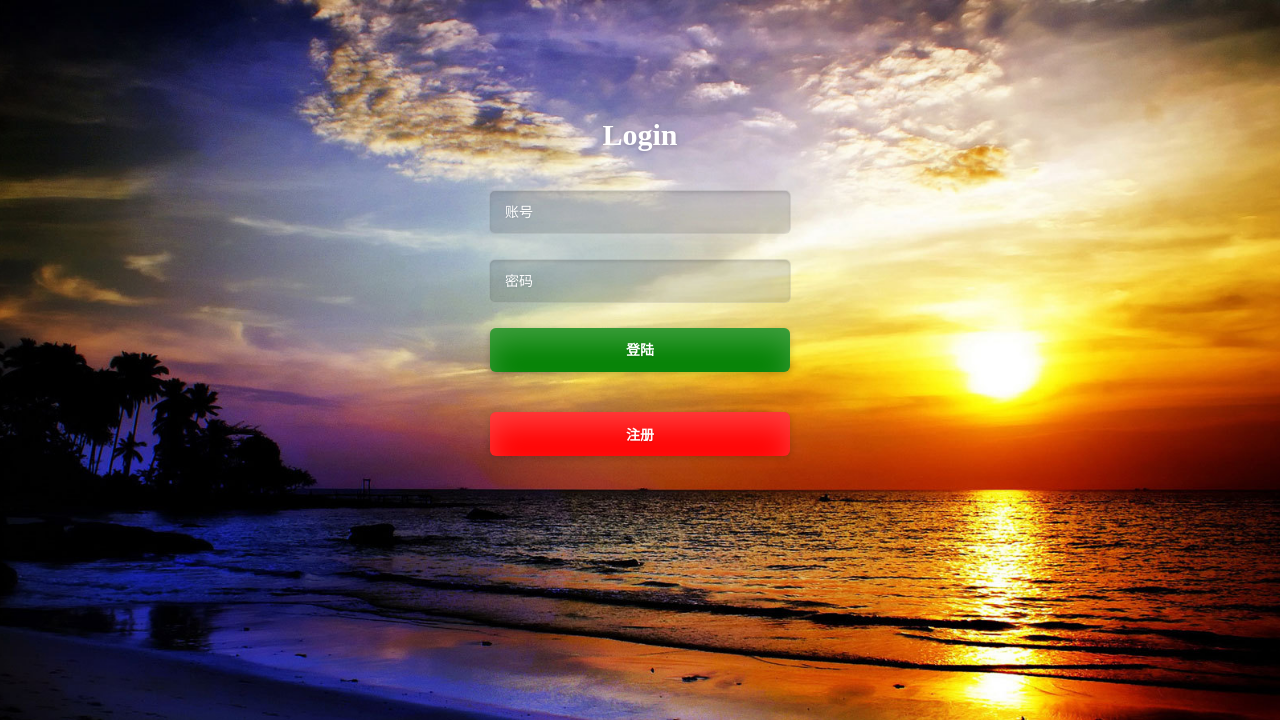
Repository: SUT-GC/myblog
Page: http://localhost/myblog/jsp/login/login.jsp
The author's editor kept a copy of each file at every save. The page is drawn from the files as they stood at one save, then again after the next save.
The browser window is 1280 px wide. The pictures show the whole page.
Some web libraries are served in a nearby version. The page is served by Tomcat 9. Other server files are loaded and not shown.

Above is the page before, as saved 2015-10-02 02:36:47.
Console error: SyntaxError: Unexpected token ';'

### javaee_workspace/myblog/WebContent/jsp/login/login.jsp
<%@ page language="java" contentType="text/html; charset=utf-8"
    pageEncoding="utf-8"  errorPage="../error.jsp"%>
<!DOCTYPE html PUBLIC "-//W3C//DTD HTML 4.01 Transitional//EN" "http://www.w3.org/TR/html4/loose.dtd">
<html>

    <head>

        <meta charset="utf-8">
        <title>用户登陆</title>
        <meta name="viewport" content="width=device-width, initial-scale=1.0">
        <meta name="description" content="">
        <meta name="author" content="">

        <!-- CSS -->
        <link rel="stylesheet" href="css/reset.css">
        <link rel="stylesheet" href="css/supersized.css">
        <link rel="stylesheet" href="css/style.css">

        <!-- HTML5 shim, for IE6-8 support of HTML5 elements -->
        <!--[if lt IE 9]>
            <script src="http://html5shim.googlecode.com/svn/trunk/html5.js"></script>
        <![endif]-->

    </head>

    <body oncontextmenu="return false">
		<!-- java start -->
		<%
			String rs = "";
			if(request.getParameter("Rm")!=null){
				rs = request.getParameter("Rm");
			}
			String ls = "";
			if(request.getParameter("Lm")!=null){
				ls = request.getParameter("Lm");
			}
		%>
		<!-- java end -->
        	<div class="page-container">
            <h1>Login</h1>
            <form action="/myblog/LoginDo" method="post">
				<div>
					<input type="text" name="username" class="username" placeholder="账号" autocomplete="off"/>
				</div>
                <div>
					<input type="password" name="password" class="password" placeholder="密码" oncontextmenu="return false" onpaste="return false" />
                </div>
                <!--
                <button id="submit" type="button">登陆</button>
                -->
                <input type = "submit" id="submit" type="button" value="登陆" />
           	</form>
	        <form >
	          	<button id="register" type="button" onclick="toRegister()">注册</button>
	        </form>
            <div class="connect">
                <p>You cannot improve your past, but you can improve your future. </p>
				<p style="margin-top:20px;">你不能改变你的过去，但你可以让你的未来变得更美好。</p>
            </div>
        </div>
		<div class="alert" style="display:none">
			<h2>消息</h2>
			<div class="alert_con">
				<p id="ts"></p>
				<p style="line-height:70px"><a class="btn">确定</a></p>
			</div>
		</div>

        <!-- Javascript -->
		<script src="http://apps.bdimg.com/libs/jquery/1.6.4/jquery.min.js" type="text/javascript"></script>
        <script src="js/supersized.3.2.7.min.js"></script>
        <script src="js/supersized-init.js"></script>
		<script>
		$(document).ready(function(){
			var rs = <%=rs%>;
			var ls = "1";
			/*if(rs != "" && rs == '1'){
				$("#ts").html('恭喜您，注册成功，请登录 ! ');
				is_show();
			}
			*/
			$("#ts").html("hello");
			is_show();
			/*var lmsg = "";
			if(ls != ""){
				if(ls == 0){
					lmsg += "对不起, 账号或密码不能为空 ! ";
				}
				if(ls == 1){
					lmsg += "恭喜您，登陆成功 ! ";
				}
				if(ls == 2){
					lmsg += "对不起, 账号不存在 ! ";
				}
				if(ls == 3){
					lmsg += "对不起, 密码错误 ! ";
				}
				if(lmsg != ""){
					$("#ts").html(lmsg);
					is_show();
				}*/
			//}
		});

		$(".btn").click(function(){
			is_hide();
		})
		var u = $("input[name=username]");
		var p = $("input[name=password]");
		$("#submit").live('click',function(){
			if(u.val() == '' || p.val() =='')
			{
				$("#ts").html("用户名或密码不能为空~");
				is_show();
				return false;
			}
			else{
				var reg = /^[0-9A-Za-z]+$/;
				if(!reg.exec(u.val()))
				{
					$("#ts").html("用户名错误");
					is_show();
					return false;
				}
			}
		});
		function toRegister(){
			 window.location.href='../registered/registered.jsp';
		}
		window.onload = function()
		{
			$(".connect p").eq(0).animate({"left":"0%"}, 600);
			$(".connect p").eq(1).animate({"left":"0%"}, 400);
		}
		function is_hide(){ $(".alert").animate({"top":"-40%"}, 300) }
		function is_show(){ $(".alert").show().animate({"top":"45%"}, 300) }
		</script>
    </body>

</html>

### javaee_workspace/myblog/WebContent/jsp/login/css/supersized.css
/*

	Supersized - Fullscreen Slideshow jQuery Plugin
	Version : 3.2.7
	Site	: www.buildinternet.com/project/supersized

	Author	: Sam Dunn
	Company : One Mighty Roar (www.onemightyroar.com)
	License : MIT License / GPL License

*/

* { margin:0; padding:0; }
body { background:#111; height:100%; }
	img { border:none; }

	#supersized-loader { position:absolute; top:50%; left:50%; z-index:0; width:60px; height:60px; margin:-30px 0 0 -30px; text-indent:-999em; background:url(../img/progress.gif) no-repeat center center;}

	#supersized {  display:block; position:fixed; left:0; top:0; overflow:hidden; z-index:-999; height:100%; width:100%; }
		#supersized img { width:auto; height:auto; position:relative; display:none; outline:none; border:none; }
			#supersized.speed img { -ms-interpolation-mode:nearest-neighbor; image-rendering: -moz-crisp-edges; }	/*Speed*/
			#supersized.quality img { -ms-interpolation-mode:bicubic; image-rendering: optimizeQuality; }			/*Quality*/

		#supersized li { display:block; list-style:none; z-index:-30; position:fixed; overflow:hidden; top:0; left:0; width:100%; height:100%; background:#111; }
		#supersized a { width:100%; height:100%; display:block; }
			#supersized li.prevslide { z-index:-20; }
			#supersized li.activeslide { z-index:-10; }
			#supersized li.image-loading { background:#111 url(../img/progress.gif) no-repeat center center; width:100%; height:100%; }
				#supersized li.image-loading img{ visibility:hidden; }
			#supersized li.prevslide img, #supersized li.activeslide img{ display:inline; }


#supersized img { max-width: none !important }

### javaee_workspace/myblog/WebContent/jsp/login/css/style.css
/*
 *
 * Template Name: Fullscreen Login
 * Description: Login Template with Fullscreen Background Slideshow
 * Author: Anli Zaimi
 * Author URI: http://azmind.com
 *
 */


body {
    background: #f8f8f8;
    /*font-family: 'PT Sans', Helvetica, Arial, sans-serif;*/
	font-family:"Microsoft YaHei",微软雅黑,"Microsoft JhengHei",华文细黑,STHeiti,MingLiu;
    text-align: center;
    color: #fff;
}

.page-container {
    margin: 120px auto 0 auto;
}

h1 {
    font-size: 30px;
    font-weight: 700;
    text-shadow: 0 1px 4px rgba(0,0,0,.2);
}

form {
    position: relative;
    width: 305px;
    margin: 15px auto 0 auto;
    text-align: center;
}

input {
    width: 270px;
    height: 42px;
	line-height:42px;
    margin-top: 25px;
    padding: 0 15px;
    background: #2d2d2d; /* browsers that don't support rgba */
    *background-color:transparent;
    background: rgba(45,45,45,.15);
    -moz-border-radius: 6px;
    -webkit-border-radius: 6px;
    border-radius: 6px;
    border: 1px solid #3d3d3d; /* browsers that don't support rgba */
    border: 1px solid rgba(255,255,255,.15);
    -moz-box-shadow: 0 2px 3px 0 rgba(0,0,0,.1) inset;
    -webkit-box-shadow: 0 2px 3px 0 rgba(0,0,0,.1) inset;
    box-shadow: 0 2px 3px 0 rgba(0,0,0,.1) inset;
    font-family: 'PT Sans', Helvetica, Arial, sans-serif;
    font-size: 14px;
    color: #fff;
    text-shadow: 0 1px 2px rgba(0,0,0,.1);
    -o-transition: all .2s;
    -moz-transition: all .2s;
    -webkit-transition: all .2s;
    -ms-transition: all .2s;
}

input:-moz-placeholder { color: #fff; }
input:-ms-input-placeholder { color: #fff; }
input::-webkit-input-placeholder { color: #fff; }

input:focus {
    outline: none;
    -moz-box-shadow:
        0 2px 3px 0 rgba(0,0,0,.1) inset,
        0 2px 7px 0 rgba(0,0,0,.2);
    -webkit-box-shadow:
        0 2px 3px 0 rgba(0,0,0,.1) inset,
        0 2px 7px 0 rgba(0,0,0,.2);
    box-shadow:
        0 2px 3px 0 rgba(0,0,0,.1) inset,
        0 2px 7px 0 rgba(0,0,0,.2);
}

#submit {
    cursor: pointer;
    width: 300px;
    height: 44px;
    margin-top: 25px;
    padding: 0;
    background: green;
    -moz-border-radius: 6px;
    -webkit-border-radius: 6px;
    border-radius: 6px;
    border: 0px;
    -moz-box-shadow:
        0 15px 30px 0 rgba(255,255,255,.25) inset,
        0 2px 7px 0 rgba(0,0,0,.2);
    -webkit-box-shadow:
        0 15px 30px 0 rgba(255,255,255,.25) inset,
        0 2px 7px 0 rgba(0,0,0,.2);
    box-shadow:
        0 15px 30px 0 rgba(255,255,255,.25) inset,
        0 2px 7px 0 rgba(0,0,0,.2);
    font-family: 'PT Sans', Helvetica, Arial, sans-serif;
    font-size: 14px;
    font-weight: 700;
    color: #fff;
    text-shadow: 0 1px 2px rgba(0,0,0,.1);
    -o-transition: all .2s;
    -moz-transition: all .2s;
    -webkit-transition: all .2s;
    -ms-transition: all .2s;
}
#register {
    cursor: pointer;
    width: 300px;
    height: 44px;
    margin-top: 25px;
    padding: 0;
    background: red;
    -moz-border-radius: 6px;
    -webkit-border-radius: 6px;
    border-radius: 6px;
    border: 0px;
    -moz-box-shadow:
        0 15px 30px 0 rgba(255,255,255,.25) inset,
        0 2px 7px 0 rgba(0,0,0,.2);
    -webkit-box-shadow:
        0 15px 30px 0 rgba(255,255,255,.25) inset,
        0 2px 7px 0 rgba(0,0,0,.2);
    box-shadow:
        0 15px 30px 0 rgba(255,255,255,.25) inset,
        0 2px 7px 0 rgba(0,0,0,.2);
    font-family: 'PT Sans', Helvetica, Arial, sans-serif;
    font-size: 14px;
    font-weight: 700;
    color: #fff;
    text-shadow: 0 1px 2px rgba(0,0,0,.1);
    -o-transition: all .2s;
    -moz-transition: all .2s;
    -webkit-transition: all .2s;
    -ms-transition: all .2s;
}

button:hover {
    -moz-box-shadow:
        0 15px 30px 0 rgba(255,255,255,.15) inset,
        0 2px 7px 0 rgba(0,0,0,.2);
    -webkit-box-shadow:
        0 15px 30px 0 rgba(255,255,255,.15) inset,
        0 2px 7px 0 rgba(0,0,0,.2);
    box-shadow:
        0 15px 30px 0 rgba(255,255,255,.15) inset,
        0 2px 7px 0 rgba(0,0,0,.2);
}

button:active {
    -moz-box-shadow:
        0 15px 30px 0 rgba(255,255,255,.15) inset,
        0 2px 7px 0 rgba(0,0,0,.2);
    -webkit-box-shadow:
        0 15px 30px 0 rgba(255,255,255,.15) inset,
        0 2px 7px 0 rgba(0,0,0,.2);
    box-shadow:
        0 5px 8px 0 rgba(0,0,0,.1) inset,
        0 1px 4px 0 rgba(0,0,0,.1);

    border: 0px solid #ef4300;
}

.connect {
    width: 800px;
    margin: 50px auto 0 auto;
    font-size: 14px;

    text-shadow: 0 1px 3px rgba(0,0,0,.2);
}
.connect p{
    position:relative;
	left:-140%;
	top:0
}
.connect a {
    display: inline-block;
    width: 32px;
    height: 35px;
    margin-top: 15px;
    -o-transition: all .2s;
    -moz-transition: all .2s;
    -webkit-transition: all .2s;
    -ms-transition: all .2s;
}
.alert{
	width:310px;
	height:200px;
	background:#000;
	position:absolute;
	top:-40%;
	left:50%;
	margin: -101px 0 0 -151px;
}
.alert h2{
	height:40px;
	padding-left:8px;
	font-size:14px;
	background:#FF0543;
	text-align:left;
	line-height:40px;
}
.alert .alert_con{
	background:#fff;
	height:160px;
}
.alert .alert_con p{
	color:#000;
	line-height:90px;
}
.alert .alert_con .btn{
	padding:3px 10px;
	color:#fff;
	cursor:pointer;
	background:#72D1FF;
	border:1px solid #72D1FF;
	border-radius:4px;
}
.alert .alert_con .btn:hover{
	background:#4FB2EF;
	border:1px solid #4FB2EF;
	border-radius:4px;
}
/*
.connect a.facebook { background: url(../img/facebook.png) center center no-repeat; }
.connect a.twitter { background: url(../img/twitter.png) center center no-repeat; }

.connect a:hover { background-position: center bottom; }
*/

### javaee_workspace/myblog/WebContent/jsp/login/js/supersized-init.js
jQuery(function($){

    $.supersized({

        // Functionality
        slide_interval     : 6000,    // Length between transitions
        transition         : 1,    // 0-None, 1-Fade, 2-Slide Top, 3-Slide Right, 4-Slide Bottom, 5-Slide Left, 6-Carousel Right, 7-Carousel Left
        transition_speed   : 3000,    // Speed of transition
        performance        : 1,    // 0-Normal, 1-Hybrid speed/quality, 2-Optimizes image quality, 3-Optimizes transition speed // (Only works for Firefox/IE, not Webkit)

        // Size & Position
        min_width          : 0,    // Min width allowed (in pixels)
        min_height         : 0,    // Min height allowed (in pixels)
        vertical_center    : 1,    // Vertically center background
        horizontal_center  : 1,    // Horizontally center background
        fit_always         : 0,    // Image will never exceed browser width or height (Ignores min. dimensions)
        fit_portrait       : 1,    // Portrait images will not exceed browser height
        fit_landscape      : 0,    // Landscape images will not exceed browser width

        // Components
        slide_links        : 'blank',    // Individual links for each slide (Options: false, 'num', 'name', 'blank')
        slides             : [    // Slideshow Images
                                 {image : './img/1.jpg'},
                                 {image : './img/2.jpg'},
                                 {image : './img/3.jpg'}
                             ]

    });

});

Loaded but not shown: javaee_workspace/myblog/WebContent/jsp/login/css/reset.css (common file); javaee_workspace/myblog/WebContent/jsp/login/js/supersized.3.2.7.min.js (library)

After the next save:
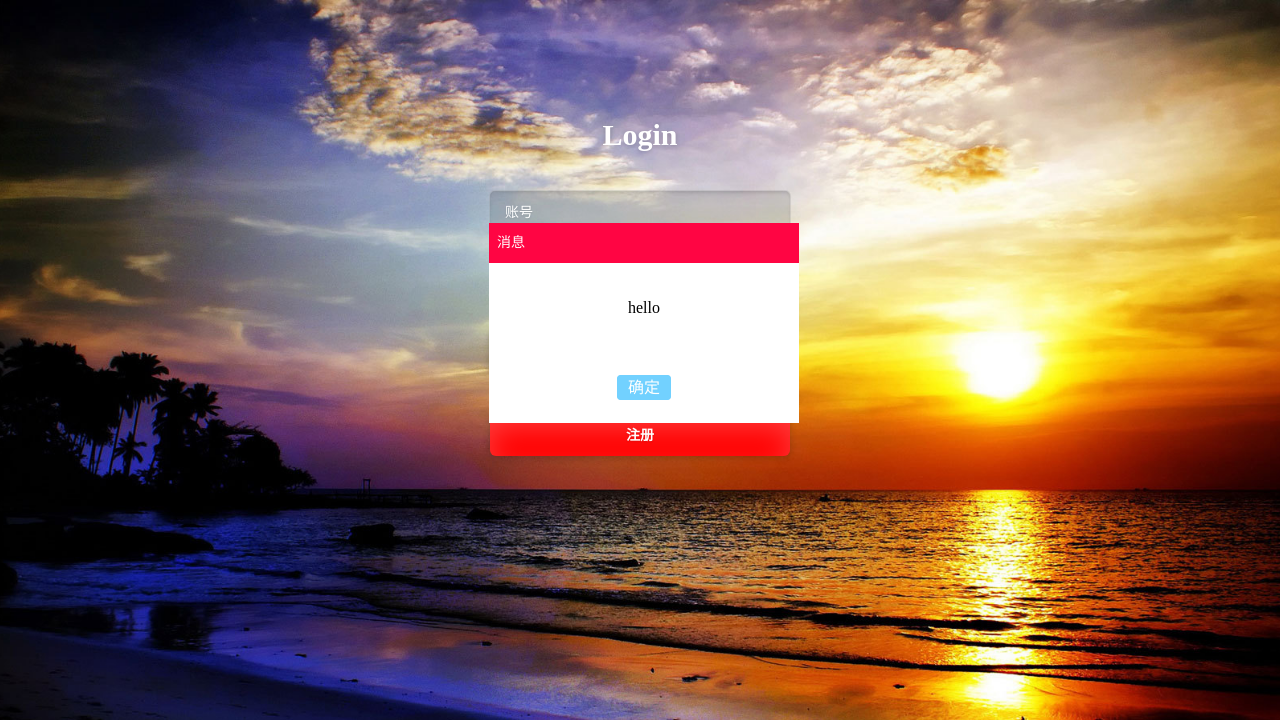
Console error: TypeError: $(...).live is not a function
Saved 9 s later.
--- a/javaee_workspace/myblog/WebContent/jsp/login/login.jsp
+++ b/javaee_workspace/myblog/WebContent/jsp/login/login.jsp
@@ -72,8 +72,8 @@
         <script src="js/supersized-init.js"></script>
 		<script>
 		$(document).ready(function(){
-			var rs = <%=rs%>;
-			var ls = "1";
+			//var rs = <%=rs%>;
+			//var ls = "1";
 			/*if(rs != "" && rs == '1'){
 				$("#ts").html('恭喜您，注册成功，请登录 ! ');
 				is_show();

After the save that followed:
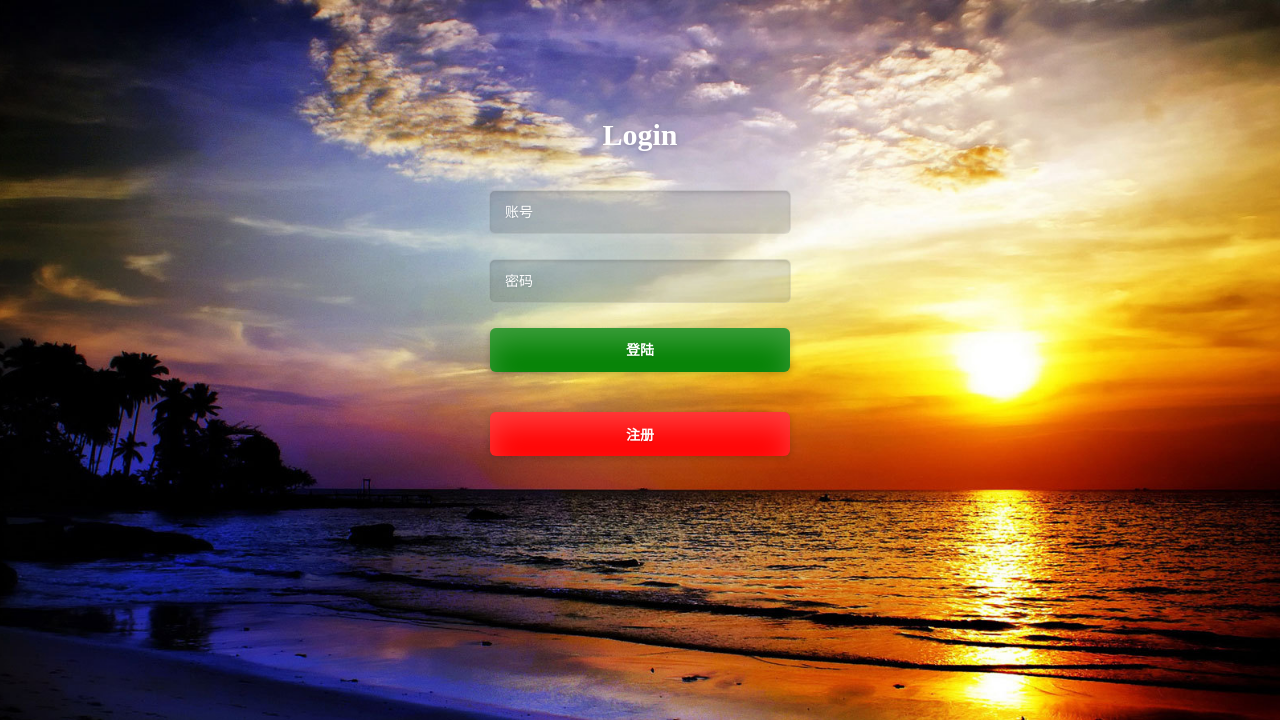
Console error: SyntaxError: Unexpected token ';'
Saved 9 s later.
--- a/javaee_workspace/myblog/WebContent/jsp/login/login.jsp
+++ b/javaee_workspace/myblog/WebContent/jsp/login/login.jsp
@@ -72,7 +72,7 @@
         <script src="js/supersized-init.js"></script>
 		<script>
 		$(document).ready(function(){
-			//var rs = <%=rs%>;
+			var rs = <%=rs%>;
 			//var ls = "1";
 			/*if(rs != "" && rs == '1'){
 				$("#ts").html('恭喜您，注册成功，请登录 ! ');
